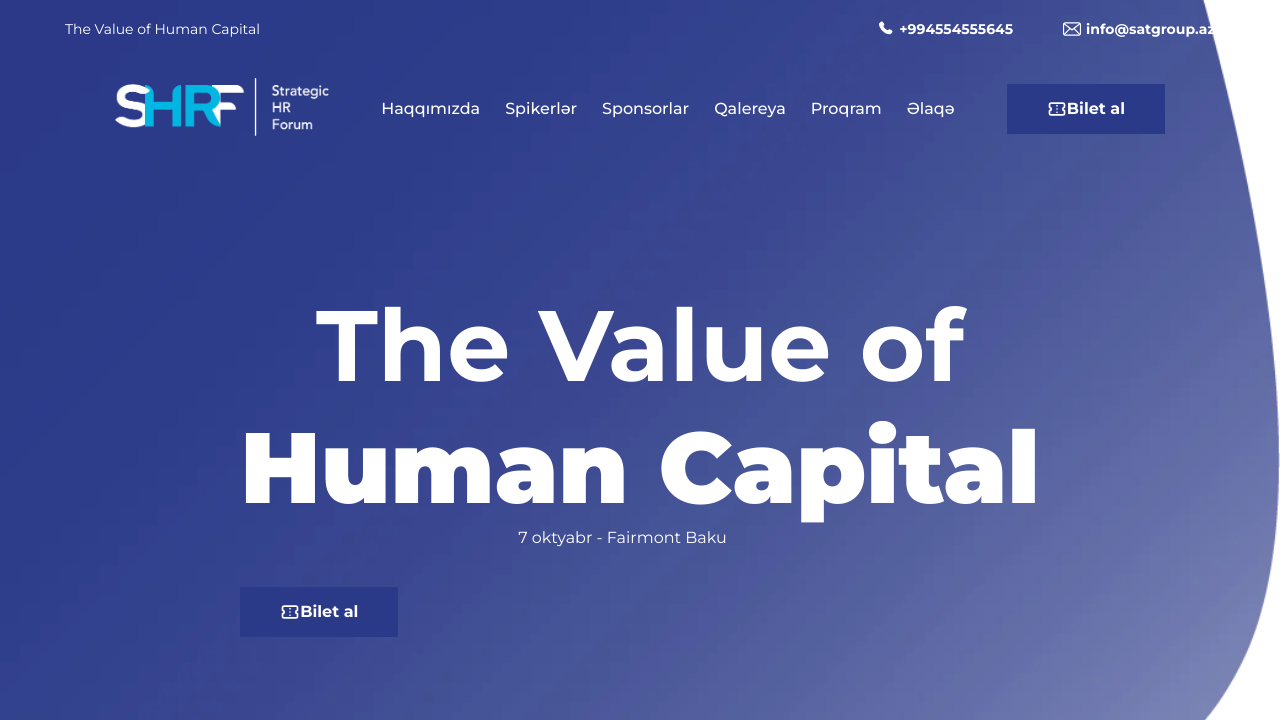
Repository: allahverdiyevabdulhasan/shrf
Page: /
An editor plug-in stored every save of this project. The page is shown before and after the next save, followed by the edit.
The browser window is 1280 px wide. The pictures show the whole page.
The project was rebuilt for these pictures with package versions that can differ from the ones it lists, and the page was loaded fresh each time. Also part of the build but not shown: vite.config.js, src/App.css.

Above is the page before, as saved 2024-08-16 10:19:38.

### src/App.jsx
import './App.css'
import Header from './components/Header'
import Intro from './components/Intro'

function App() {

  return (
    <div id='page'>
      <Header />
      <Intro />
    </div>
  )
}

export default App

### src/index.css
@import url('https://fonts.googleapis.com/css2?family=Montserrat:ital,wght@0,100..900;1,100..900&display=swap');

* {
  margin: 0;
  box-sizing: border-box;
  padding: 0;
  font-family: Montserrat;
  transition: all .4s ease-in-out;
}

:root {
  --globalPrimary: #2a3988;
}

ul {
  padding: 0;
  list-style: none;
}

a {
  color: #fff;
  text-decoration: none;
}

button {
  cursor: pointer;
}

.container {
  max-width: 1170px;
  margin: 0 auto;
  padding: 0 10px;
}
#page{
  position: relative;
}

.buy__button {
  display: flex;
  align-items: center;
  border: 0;
  background: var(--globalPrimary);
  font-size: 16px;
  font-weight: 700;
  color: #fff;
  padding: 15px 40px;

  &:hover {
    box-shadow: 0 3px 10px 3px #fff;
    transform: translateY(-3px);
  }
}

### src/components/Header/index.jsx

import s from './style.module.css'

export default function Header() {


    return (
        <header className='container'>
            <div className={s.top}>
                <div className={s.top__left}>
                    The Value of Human Capital
                </div>
                <div className={s.top__right}>
                    <ul>
                        <li>
                            <a href="tel:+994554555645">
                            <svg width={18} viewBox="0 0 24 24" fill="none" xmlns="http://www.w3.org/2000/svg"><g id="SVGRepo_bgCarrier" stroke-width="0"></g><g id="SVGRepo_tracerCarrier" stroke-linecap="round" stroke-linejoin="round"></g><g id="SVGRepo_iconCarrier"> <path d="M16.5562 12.9062L16.1007 13.359C16.1007 13.359 15.0181 14.4355 12.0631 11.4972C9.10812 8.55901 10.1907 7.48257 10.1907 7.48257L10.4775 7.19738C11.1841 6.49484 11.2507 5.36691 10.6342 4.54348L9.37326 2.85908C8.61028 1.83992 7.13596 1.70529 6.26145 2.57483L4.69185 4.13552C4.25823 4.56668 3.96765 5.12559 4.00289 5.74561C4.09304 7.33182 4.81071 10.7447 8.81536 14.7266C13.0621 18.9492 17.0468 19.117 18.6763 18.9651C19.1917 18.9171 19.6399 18.6546 20.0011 18.2954L21.4217 16.883C22.3806 15.9295 22.1102 14.2949 20.8833 13.628L18.9728 12.5894C18.1672 12.1515 17.1858 12.2801 16.5562 12.9062Z" fill="#ffffff"></path> </g></svg>
                            +994554555645</a>
                        </li>
                        <li>
                            <a href="mailto:info@satgroup.az">
                            <svg width={18} viewBox="0 -4 32 32" version="1.1" xmlns="http://www.w3.org/2000/svg" xmlns:xlink="http://www.w3.org/1999/xlink" xmlns:sketch="http://www.bohemiancoding.com/sketch/ns" fill="#000000"><g id="SVGRepo_bgCarrier" stroke-width="0"></g><g id="SVGRepo_tracerCarrier" stroke-linecap="round" stroke-linejoin="round"></g><g id="SVGRepo_iconCarrier"> <title>mail</title> <desc>Created with Sketch Beta.</desc> <defs> </defs> <g id="Page-1" stroke="none" stroke-width="1" fill="none" fill-rule="evenodd" sketch:type="MSPage"> <g id="Icon-Set" sketch:type="MSLayerGroup" transform="translate(-412.000000, -259.000000)" fill="#ffffff"> <path d="M442,279 C442,279.203 441.961,279.395 441.905,279.578 L433,270 L442,263 L442,279 L442,279 Z M415.556,280.946 L424.58,271.33 L428,273.915 L431.272,271.314 L440.444,280.946 C440.301,280.979 415.699,280.979 415.556,280.946 L415.556,280.946 Z M414,279 L414,263 L423,270 L414.095,279.578 C414.039,279.395 414,279.203 414,279 L414,279 Z M441,261 L428,271 L415,261 L441,261 L441,261 Z M440,259 L416,259 C413.791,259 412,260.791 412,263 L412,279 C412,281.209 413.791,283 416,283 L440,283 C442.209,283 444,281.209 444,279 L444,263 C444,260.791 442.209,259 440,259 L440,259 Z" id="mail" sketch:type="MSShapeGroup"> </path> </g> </g> </g></svg>
                                info@satgroup.az</a>
                            </li>
                    </ul>
                </div>
            </div>
            <div className={s.header__items}>
                <div className={s.logo}>
                    <a href="/"><img src="./public/assets/img/logo.webp" alt="Logo" /></a>
                </div>
                <nav>
                    <ul>
                        <li><a href="">Haqqımızda</a></li>
                        <li><a href="">Spikerlər</a></li>
                        <li><a href="">Sponsorlar</a></li>
                        <li><a href="">Qalereya</a></li>
                        <li><a href="">Proqram</a></li>
                        <li><a href="">Əlaqə</a></li>
                    </ul>
                </nav>
                <button className='buy__button'>
                <svg width={20} viewBox="0 0 24 24" fill="none" xmlns="http://www.w3.org/2000/svg"><g id="SVGRepo_bgCarrier" stroke-width="0"></g><g id="SVGRepo_tracerCarrier" stroke-linecap="round" stroke-linejoin="round"></g><g id="SVGRepo_iconCarrier"> <path d="M12 16H12.01M12 12H12.01M12 8H12.01M21 14V17C21 18.1046 20.1046 19 19 19H5C3.89543 19 3 18.1046 3 17V14C4.10457 14 5 13.1046 5 12C5 10.8954 4.10457 10 3 10V7C3 5.89543 3.89543 5 5 5H19C20.1046 5 21 5.89543 21 7V10C19.8954 10 19 10.8954 19 12C19 13.1046 19.8954 14 21 14Z" stroke="#ffffff" stroke-width="2" stroke-linecap="round" stroke-linejoin="round"></path> </g></svg>
                    Bilet al
                </button>
            </div>

        </header>
    )
}

### src/components/Intro/index.jsx
import s from './style.module.css'

export default function Intro() {


    return (
        <div className={s.intro}>
            <div className={s.intro__content}>
                <h1>
                    The Value of
                    <br />
                    <span>Human Capital</span>
                </h1>

                <p>7 oktyabr - Fairmont Baku</p>

                <div className="buttons">
                <button className='buy__button'>
                <svg width={20} viewBox="0 0 24 24" fill="none" xmlns="http://www.w3.org/2000/svg"><g id="SVGRepo_bgCarrier" stroke-width="0"></g><g id="SVGRepo_tracerCarrier" stroke-linecap="round" stroke-linejoin="round"></g><g id="SVGRepo_iconCarrier"> <path d="M12 16H12.01M12 12H12.01M12 8H12.01M21 14V17C21 18.1046 20.1046 19 19 19H5C3.89543 19 3 18.1046 3 17V14C4.10457 14 5 13.1046 5 12C5 10.8954 4.10457 10 3 10V7C3 5.89543 3.89543 5 5 5H19C20.1046 5 21 5.89543 21 7V10C19.8954 10 19 10.8954 19 12C19 13.1046 19.8954 14 21 14Z" stroke="#ffffff" stroke-width="2" stroke-linecap="round" stroke-linejoin="round"></path> </g></svg>
                    Bilet al
                </button>
                </div>
            </div>
        </div>
    )
}

### src/components/Header/style.module.css
header {
    position: absolute;
    top: 0;
    left: 50%;
    width: 100%;
    transform: translateX(-50%);
}

.top {
    display: flex;
    justify-content: space-between;
    align-items: center;
    padding: 20px 0;
    color: #fff;
    font-size: 14px;
}

.top__right {
    & a,
    & ul {
        display: flex;
        align-items: center;
        font-weight: 700;
    }

    & li {
        margin: 0 0 0 50px;
    }

    & svg {
        margin: 0 5px 0 0;
    }

    & a:hover {
        text-shadow: 0 0 10px #fff;

    }
}


.header__items {
    display: flex;
    padding: 20px 50px;
    align-items: center;
    justify-content: space-between;

    & .logo{
        max-width: 214px;
        & img{
            width: 100%;
        }
    }

    & ul {
        display: flex;
        & li{
            margin: 0 25px 0 0;
            position: relative;
            &::after{
                content: '';
                position: absolute;
                bottom: 0;
                left: 0;
                width: 0;
                height: 3px;
                border-radius: 3px;
                background-color: #00FFF0;
                transition: all .4s ease-in-out;
            }
            &:hover{
                & a{
                    color: #00FFF0;
                }
                &::after{
                    width: 100%;
                }
            }
            & a{
                display: inline-block;
                padding: 10px 0;
                font-weight: 500;
            }
            &:last-child{
                margin: 0;
            }
        }
    }
}

### src/components/Intro/style.module.css
.intro{
    min-height: 100vh;
    background: url('./../../../public/assets/img/introBg.webp') center/cover;
    display: flex;
    align-items: center;
    justify-content: center;

    & h1{
        font-size: clamp(45px, 8vw, 100px);
        color: #fff;
        text-align: center;
        margin: 200px 0 0 0;
        & span{
            font-weight: 900;
        }
    }
}

.intro__content{
    & > p{
        color: #fff;
        text-align: center;
        margin: 0 35px 40px 0;
    }
}

Loaded but not shown: index.html (common file); src/main.jsx (common file)

After the next save:
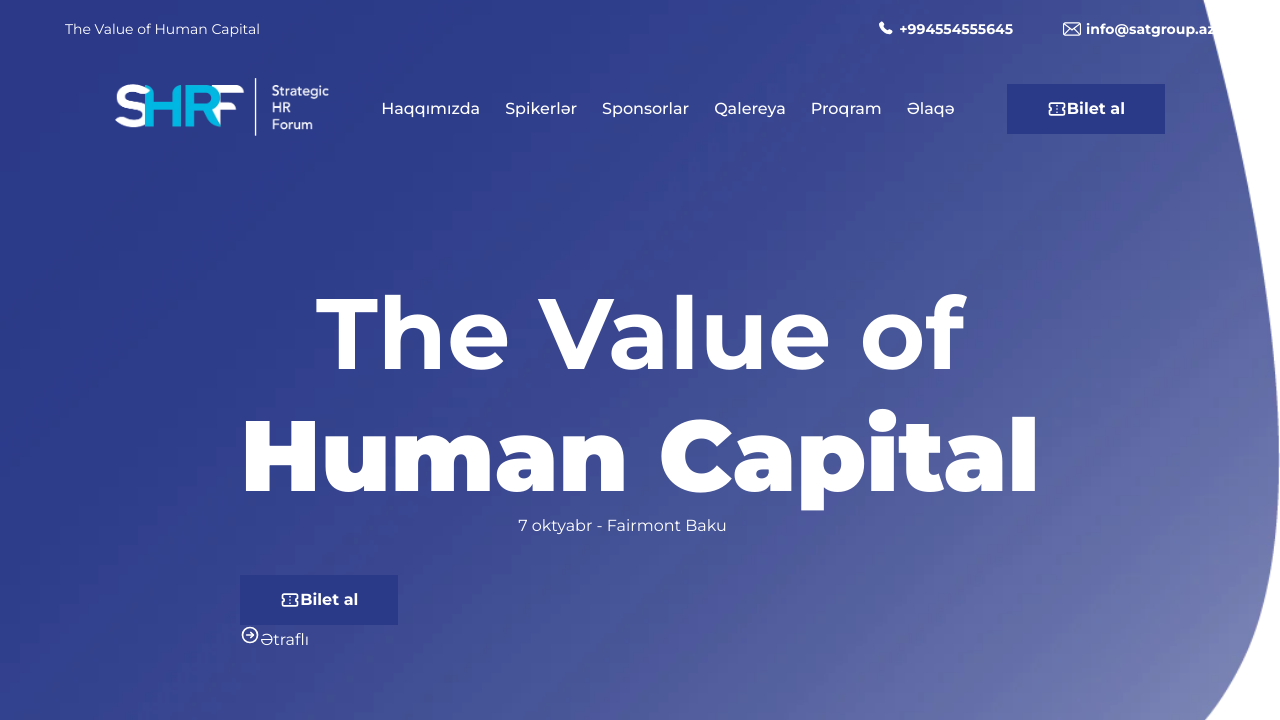
Saved 102 s later.
--- a/src/components/Intro/index.jsx
+++ b/src/components/Intro/index.jsx
@@ -19,6 +19,11 @@ export default function Intro() {
                 <svg width={20} viewBox="0 0 24 24" fill="none" xmlns="http://www.w3.org/2000/svg"><g id="SVGRepo_bgCarrier" stroke-width="0"></g><g id="SVGRepo_tracerCarrier" stroke-linecap="round" stroke-linejoin="round"></g><g id="SVGRepo_iconCarrier"> <path d="M12 16H12.01M12 12H12.01M12 8H12.01M21 14V17C21 18.1046 20.1046 19 19 19H5C3.89543 19 3 18.1046 3 17V14C4.10457 14 5 13.1046 5 12C5 10.8954 4.10457 10 3 10V7C3 5.89543 3.89543 5 5 5H19C20.1046 5 21 5.89543 21 7V10C19.8954 10 19 10.8954 19 12C19 13.1046 19.8954 14 21 14Z" stroke="#ffffff" stroke-width="2" stroke-linecap="round" stroke-linejoin="round"></path> </g></svg>
                     Bilet al
                 </button>
+                <a href="">
+                <svg  width={20} viewBox="0 0 24 24" fill="none" xmlns="http://www.w3.org/2000/svg"><g id="SVGRepo_bgCarrier" stroke-width="0"></g><g id="SVGRepo_tracerCarrier" stroke-linecap="round" stroke-linejoin="round"></g><g id="SVGRepo_iconCarrier"> <path d="M21 12C21 16.9706 16.9706 21 12 21C7.02944 21 3 16.9706 3 12C3 7.02944 7.02944 3 12 3C16.9706 3 21 7.02944 21 12Z" stroke="#ffffff" stroke-width="2"></path> <path d="M16 12L8 12" stroke="#ffffff" stroke-width="2" stroke-linecap="round" stroke-linejoin="round"></path> <path d="M13 15L15.913 12.087V12.087C15.961 12.039 15.961 11.961 15.913 11.913V11.913L13 9" stroke="#ffffff" stroke-width="2" stroke-linecap="round" stroke-linejoin="round"></path> </g></svg>
+
+                Ətraflı
+                </a>
                 </div>
             </div>
         </div>
